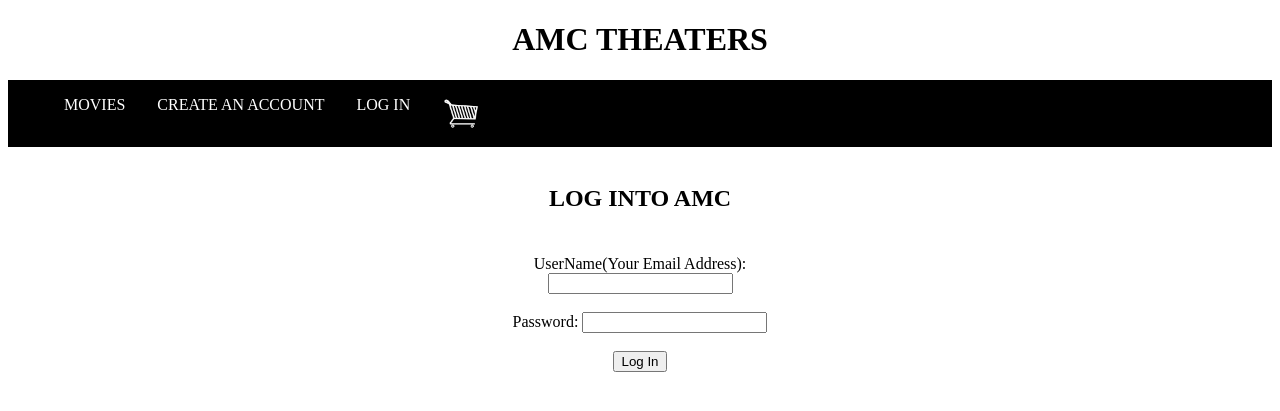
Repository: TagninaShama/CoreJavaJune2020
Page: http://localhost/FinalProject/LogInForm
The author's editor kept a copy of each file at every save. The page is drawn from the files as they stood at one save, then again after the next save.
The browser window is 1280 px wide. The pictures show the whole page.
The page is served by Tomcat 9.

Above is the page before, as saved 2019-11-24 19:40:36.

After the next save:
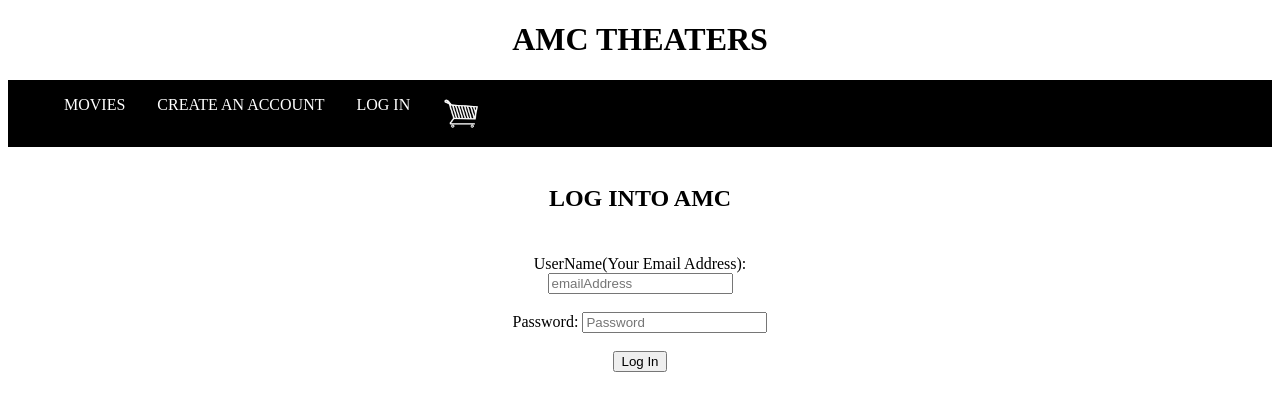
Saved 62 s later.
--- a/FinalProject/WebContent/LogIn.jsp
+++ b/FinalProject/WebContent/LogIn.jsp
@@ -29,11 +29,11 @@
 
 <br>
 <label>UserName(Your Email Address):</label>
-<input type="text" name="emailAddress"  value=""/>
+<input type ="text" name="emailAddress" placeholder="emailAddress" required>
 <br><br>
 
 <label>Password:</label>
-<input type="text" name="password"  value=""/>
+<input type = "password" name="password" placeholder="Password" required>
 <br><br>
 <input type="submit" name="submit" value="Log In"/>
 <br>
